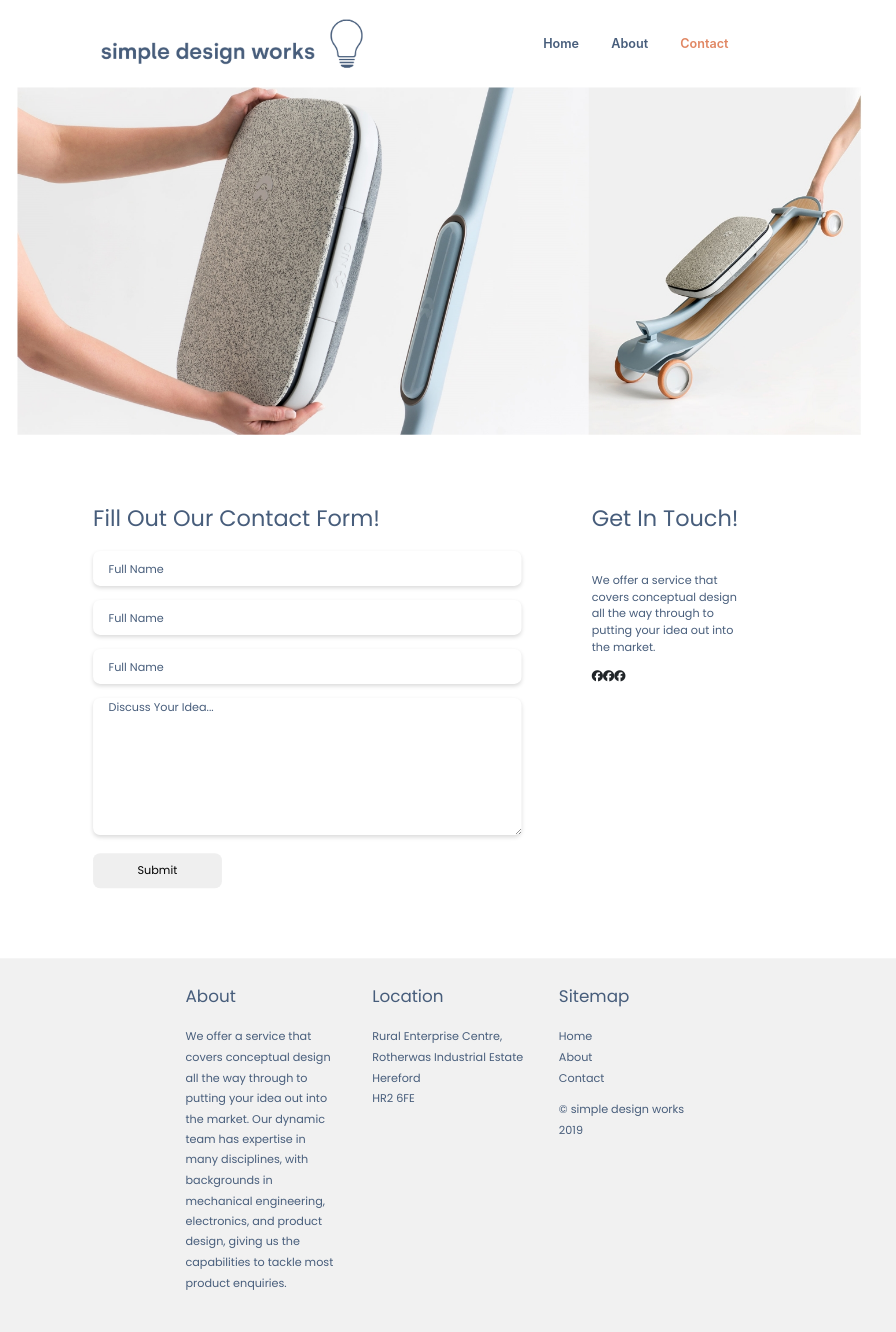
Repository: cobyfoster99/User-Centric-frontend-project
Page: contact.html
The author's editor kept a record of every edit. The page is drawn from the files as they stood at one moment, then again after the next edit.
The browser window is 1280 px wide. The pictures show the whole page, at 70% of full size.
Some web libraries are served in a nearby version.

Above is the page before.

### contact.html
<!DOCTYPE html>
<html lang="en">

<head>
    <meta charset="UTF-8">
    <meta name="viewport" content="width=device-width, initial-scale=1.0, max-scale=1.0">
    <meta http-equiv="X-UA-Compatible" content="ie=edge">
    <link rel="stylesheet" href="assets/css/style.css" type="text/css" />
    <link rel="stylesheet" href="https://stackpath.bootstrapcdn.com/font-awesome/4.7.0/css/font-awesome.min.css" type="text/css" />
    <script src="https://kit.fontawesome.com/78b1021543.js"></script>
    <link rel="stylesheet" href="https://stackpath.bootstrapcdn.com/bootstrap/4.3.1/css/bootstrap.min.css" integrity="sha384-ggOyR0iXCbMQv3Xipma34MD+dH/1fQ784/j6cY/iJTQUOhcWr7x9JvoRxT2MZw1T" crossorigin="anonymous">
    <title>Simple Design Works | Product Design Agency</title>
</head>

<body>

    <header>
        <nav class="navbar navbar-expand-md">
            <img class="logo img-responsive" src="./assets/media-library/logo.png"></img>
            <button class="navbar-toggler navbar-light" type="button" data-toggle="collapse" data-target="#collapsibleNavbar">
    <span class="navbar-toggler-icon"></span>
  </button>
            <div class="collapse navbar-collapse nav-center" id="collapsibleNavbar">
                <ul class="navbar-nav">
                    <li class="nav-item">
                        <a class="nav-link" href="#">Home</a>
                    </li>
                    <li class="nav-item">
                        <a class="nav-link" href="#">About</a>
                    </li>
                    <li class="nav-item">
                        <a class="nav-link nav-active" href="#">Contact</a>
                    </li>
                </ul>
            </div>
        </nav>
    </header>

    <section>

        <!--------------------- Global Banner Image--------------------->
        <div class="container-fluid">
            <div class="row banner-image-container no-gutters">
                <img class="banner-image" src="assets/media-library/home_image.jpg"></img>
            </div>
        </div>


        <!--------------------- Contact Form --------------------->
        <div class="contact-page-container">
            <div class="row">
                <div class="contact-form-contact">
                    <h2 class="home-contact-header">Fill Out Our Contact Form!</h2>

                    <form>

                        <input type="ftext" name="full-name" placeholder="Full Name" class="full-name" />

                        <input type="ftext" name="full-name" placeholder="Full Name" class="full-name" />

                        <input type="ftext" name="full-name" placeholder="Full Name" class="full-name" />


                        <textarea rows="8" name="discuss" placeholder="Discuss Your Idea..." class="dicuss-idea"></textarea>

                        <input type="submit" value="Submit" class="submit-button" />
                    </form>
                </div>


                <div class="contact-info-contact">
                    <h2 class="home-contact-header">Get In Touch!</h2>
                    <p class="contact-info-p">We offer a service that covers conceptual design all the way through to putting your idea out into the market.
                    </p>
                    <div class="icons">

                        <i class="fab fa-facebook"></i><i class="fab fa-facebook"></i><i class="fab fa-facebook"></i>

                </div>

            </div>
        </div>
    </section>

    <footer>
        <div class="container-fluid">
            <div class="row no-gutters footer-about">
                <div class="col-sm footer-section">
                    <h2 class="footer-h2">About</h2>
                    <p class="footer-p">We offer a service that covers conceptual design all the way through to putting your idea out into the market. Our dynamic team has expertise in many disciplines, with backgrounds in mechanical engineering, electronics, and product
                        design, giving us the capabilities to tackle most product enquiries.
                    </p>
                </div>
                <div class="col-sm footer-section footer-location">
                    <h2 class="footer-h2">Location</h2>
                    <p class="footer-p">Rural Enterprise Centre,<br> Rotherwas Industrial Estate<br> Hereford
                        <br> HR2 6FE<br>
                    </p>
                </div>
                <div class="col-sm footer-section footer-sitemap">
                    <h2 class="footer-h2">Sitemap</h2>
                    <p class="footer-p"><a class="footer-links" href="/home">Home</a> <br> <a class="footer-links" href="/about">About</a> <br> <a class="footer-links" href="/contact">Contact</a> <br>
                        <p class="footer-p">© simple design works 2019</p>
                    </p>
                </div>


            </div>
        </div>
    </footer>

</body>

</html>

### assets/css/style.css
/* ------------------------------------------- Typography */

@import url('https://fonts.googleapis.com/css?family=Poppins:400,600,700&display=swap');

h1,
h2,
h3,
h4,
h5,
p,
span {
    font-family: "poppins", sans-serif;
    color: #475D7B;
}



/* -------------------------------------------- Header */

header {
    background-color: #fffff;
    padding-top: 20px;
    padding-bottom: 20px;
}

.logo {
    display: inline-block;
    max-width: 70%;
    height: auto;
    transition: all .5s ease-in-out;
    -moz-transition: all .5s ease-in-out;
    -webkit-transition: all .5s ease-in-out;
}

@media only screen and (max-width: 1920px) and (min-width: 1220px) {
    .nav-center {
        margin-left: 220px;
        margin-right: auto;
    }
}

@media only screen and (max-width: 1920px) and (min-width: 1220px) {
    nav {
        width: 80%;
        margin-left: auto;
        margin-right: auto;
    }
}

.navbar-light .navbar-nav .nav-link {
    color: #475D7B;
}

.nav-link {
    font-size: 18px;
    text-align: center;
    text-decoration: none;
    color: #475D7B;
    font-weight: 600;
    transition: all .5s ease-in-out;
    -moz-transition: all .5s ease-in-out;
    -webkit-transition: all .5s ease-in-out;
}

.nav-item {
    padding-left: 30px;
}

.nav-link:hover {
    color: #E18763;
}

.nav-active {
    color: #E18763;
}

/* -------------------------------------------- Media Queries - Header */

@media only screen and (max-width: 1440px) and (min-width: 768px) {
    .menuitem {
        padding-bottom: 10px;
    }
}




/* -------------------------------------------- Banner Image Global */

.banner-image {
    display: block;
    margin-left: auto;
    margin-right: auto;
    padding-left: 10px;
    max-width: 100%;
    height: auto;
}

/* -------------------------------------------- SDW Catchphrase Global */

.catchphrase {
    display: block;
    text-align: center;
    margin-left: auto;
    margin-right: auto;
    padding-top: 75px;
}

.header-h3 {
    text-align: center;
    display: inline-block;
    padding-left: 10px;
}

/* -------------------------------------------- Home-page About */

.about-section {
    display: block;
    box-shadow: 0px 3px 6px rgba(0, 0, 0, 0.15);
    border-radius: 25px;
    margin-bottom: 50px;
    margin-top: 100px;
}

.aligned-border {
    padding: 20px;
}

.about-h3 {
    padding-top: 75px;
    line-height: 35pt;
    letter-spacing: 1.5px;
}

.about-p {
    padding-top: 20px;
    padding-bottom: 75px;
    line-height: 35pt;
    letter-spacing: 1.5px;
    font-size: 20px;
}

.container-about {
    margin-left: auto;
    margin-right: auto;
    width: 80%;
}


/* -------------------------------------------- Media Queries - Home-page-about */

@media only screen and (max-width: 1920px) and (min-width: 1200px) {
    .container-about {
        margin-right: 0;
        margin-left: 10%;
        width: 90%;
    }
}

@media only screen and (max-width: 1920px) and (min-width: 1200px) {
    .about-section {
        border-radius: 25px 0px 0px 25px;
    }
}


@media only screen and (max-width: 1920px) and (min-width: 1200px) {
    .about-p,
    .about-h3 {

        padding-left: 80px;

    }
}

@media only screen and (max-width: 1220px) and (min-width: 320px) {
    .about-p,
    .about-h3 {

        line-height: normal;
        letter-spacing: normal;
        text-align: center;

    }
}

@media only screen and (max-width: 1220px) and (min-width: 320px) {
    .about-p {
        padding-bottom: 50px;
        padding-top: 0px;
        font-size: 16px;
    }
}

@media only screen and (max-width: 1220px) and (min-width: 320px) {
    .about-h3 {
        padding-top: 50px;
    }
}



/* -------------------------------------------- Media Queries - Catchphrase Global */

@media only screen and (max-width: 1920px) and (min-width: 768px) {
    .header-h3 {
        padding-left: 75px;
        padding-right: 75px;
    }
}






/* -------------------------------------------- Footer */

footer {
    background-color: #f1f1f1;
    padding-top: 20px;
    padding-bottom: 20px;
}

.footer-section {
    text-align: left;
    padding-top: 20px;
    padding-bottom: 20px;
}


.footer-h2 {
    padding-bottom: 20px;
    font-size: 24px;
    text-align: left;
}

.footer-p {
    font-size: 16px;
    line-height: 22pt;
    text-align: left;
}

.footer-links {
    text-decoration: none;
    color: #475D7B;
}

.footer-links:hover {
    text-decoration: none;
    color: #475D7B;
}

/* -------------------------------------------- Media Queries - Footer */

@media only screen and (max-width: 1920px) and (min-width: 1220px) {
    .footer-location {
        margin-left: 180px;
    }
}

@media only screen and (max-width: 1920px) and (min-width: 1220px) {
    footer {
        padding-left: 250px;
        padding-right: 250px;
    }
}

@media only screen and (max-width: 1200px) and (min-width: 768px) {
    footer {
        padding-left: 50px;
        padding-right: 0px;
    }
}

@media only screen and (max-width: 1440px) and (min-width: 768px) {
    .footer-sitemap,
    .footer-location {
        margin-left: 50px;
        padding-right: 0px;
    }
}

@media only screen and (max-width: 1200px) and (min-width: 386px) {
    .footer-p {
        font-size: 14px;
    }
}





/* -------------------------------------------- Portfolio Section - Homepage*/

.container-porfolio {
    margin-left: auto;
    margin-right: auto;
    width: 80%;
    padding-top: 100px;
    padding-bottom: 100px;
}

.portfolio-title {
    padding-left: 80px;
    padding-bottom: 50px;
}

@media only screen and (max-width: 1200px) and (min-width: 300px) {
    .portfolio-title {
        padding-left: 0px;
        text-align: center;
        padding-bottom: 20px;
    }
}

.skp-image {
    transition: all .5s ease-in-out;
    -moz-transition: all .5s ease-in-out;
    -webkit-transition: all .5s ease-in-out;
    display: inline-block;
}


@media only screen and (max-width: 1200px) and (min-width: 300px) {
    .container-portfolio {
        width: 100%;
        margin: 0;
    }
}

.folio-image {
    max-width: 100%;
    width: auto;
    min-height: auto;
    vertical-align: top;
    margin-right: auto;
    margin-left: auto;
    padding-top: 25px;
}

.folio-image-right {
    vertical-align: top;
    float: left;
    text-align: right;
}

.portfolio-skp {
    margin-left: auto;
    margin-right: auto;
}

@media only screen and (max-width: 1920px) and (min-width: 1200px) {
    .portfolio-item-large {
        margin: 0;
    }
}

.padded-image {
    padding-bottom: 0px;
}

@media only screen and (max-width: 1920px) and (min-width: 1200px) {
    .left-Featured {
        text-align: left;
        padding-left: 80px;
    }

}

.left-Featured {
    padding-bottom: 50px;
}


/* -------------------------------------------- Contact Section - Homepage*/

.container-contact {
    margin-left: auto;
    margin-right: auto;
    width: 80%;
    padding-bottom: 100px;
}

.full-name {
    margin-top: 20px;
    width: 100%;
    height: 50px;
    box-shadow: 0px 3px 6px rgba(0, 0, 0, 0.15);
    border-radius: 10px;
    border: none;
    font-family: "poppins", sans-serif;
    font-size: 16px;
}

::-webkit-input-placeholder {
    color: #475D7B;
    padding-left: 20px;
}


.dicuss-idea {
    margin-top: 20px;
    width: 100%;
    box-shadow: 0px 3px 6px rgba(0, 0, 0, 0.15);
    border-radius: 10px;
    border: none;
    font-family: "poppins", sans-serif;
    font-size: 16px;
}

.submit-button {
    width: 30%;
    margin-top: 20px;
    margin-left: 0;
    height: 50px;
    border-radius: 10px;
    border: none;
    font-family: "poppins", sans-serif;
    font-size: 16px;

}

/* -------------------------------------------- Meet the Team - About Page*/

.meet-the-team {
    width: 80%;
    margin-left: auto;
    margin-right: auto;
    display: flex;
    flex-wrap: wrap;
}

.meet-the-team-box {
    margin-top: 50px;
    box-shadow: 0px 3px 6px rgba(0, 0, 0, 0.15);
    border-radius: 10px;
    margin-bottom: 20px;
}


.meet-the-team-img {
    max-width: 100%;
    height: auto;

}

@media only screen and (max-width: 1920px) and (min-width: 1200px) {
    .meet-the-team-box {
        max-width: 33.33%;
        margin-left: auto;
        margin-right: auto;
    }
}

@media only screen and (max-width: 1200px) and (min-width: 768px) {
    .meet-the-team-box {
        max-width: 45%;
        margin-left: 10px;
        margin-right: 10px;
    }
}

.meet-the-team-h4 {
    padding: 30px 0px 0px 20px;
    font-style: italic;
}

.meet-the-team-h5 {
    padding: 30px 30px 30px 20px;
    font-style: italic;
    font-size: 18px;
}

.bottom-box-row {
    padding-bottom: 50px;
}

.padding-100 {
    padding-top: 100px;
}


/* -------------------------------------------- Contact Page*/

.contact-page-container {
    width: 80%;
    margin-left: auto;
    margin-right: auto;
}

.contact-form-contact {
    width: 60%;
    padding-left: 20px;
    padding-top: 100px;
    padding-bottom: 100px;
    display: inline-block;
}

.contact-info-contact {
    padding-left: 100px;
    padding-top: 100px;
    width: 30%;
    display: inline-block;
}

.contact-info-p {
    padding-top: 50px;
}

.icon {
    padding-left: 10px;
    font-size: 32pt;
    color: #475D7B;
    border-radius: 50%
}

.home-contact-sub {
    padding-top: 50px;
}

After the next edit:
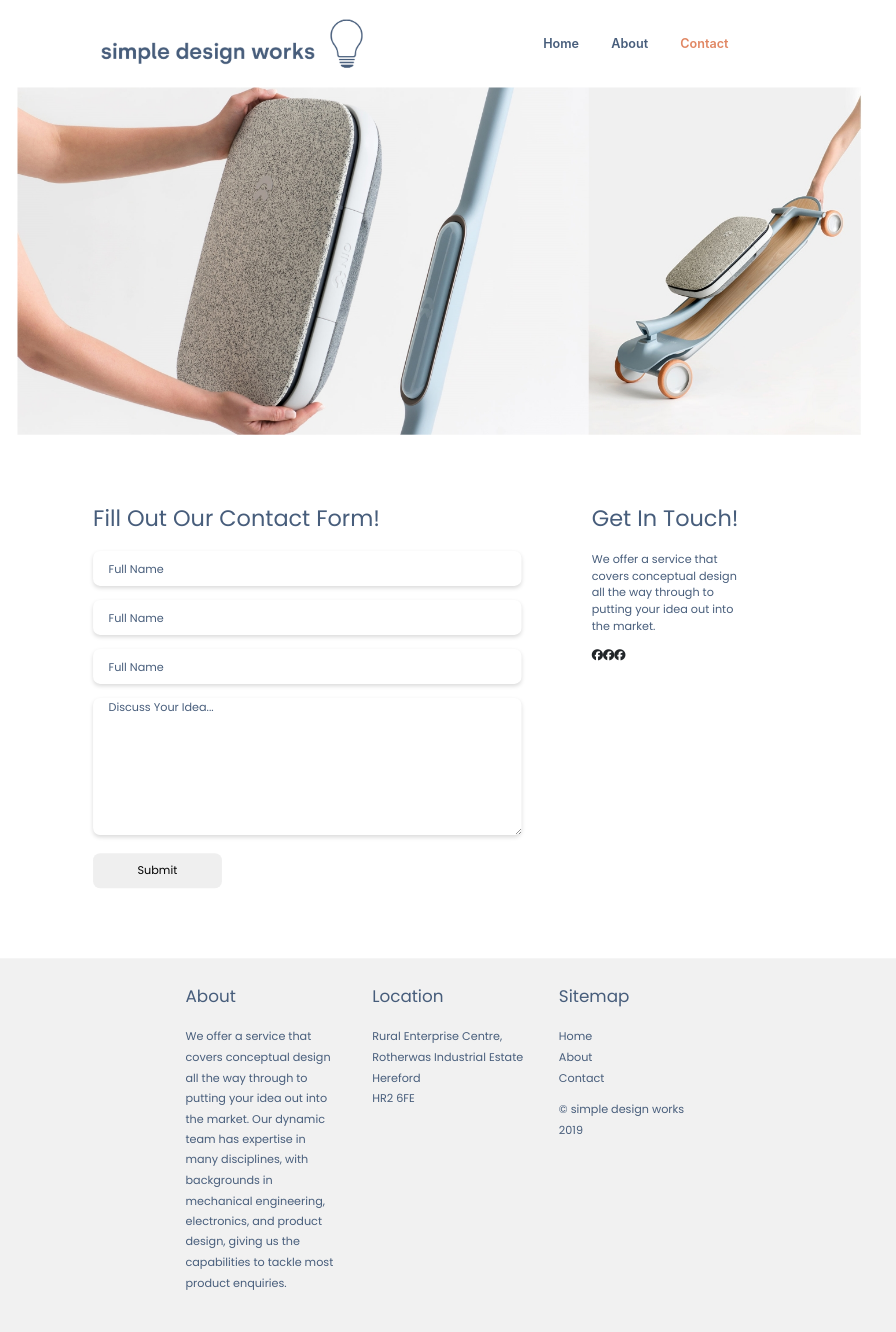
The edit:
--- a/assets/css/style.css
+++ b/assets/css/style.css
@@ -505,7 +505,7 @@
 }
 
 .contact-info-p {
-    padding-top: 50px;
+    padding-top: 20px;
 }
 
 .icon {
